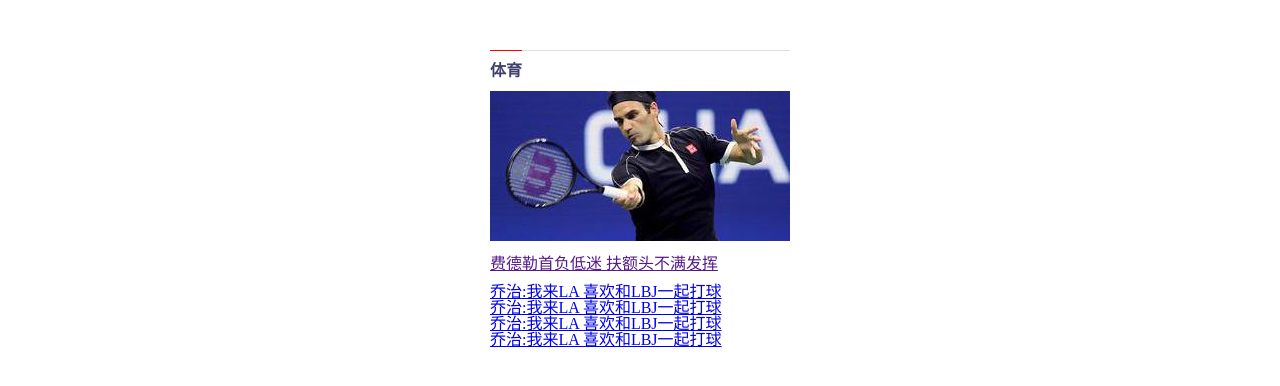
Repository: Romic77/css-test
Page: exercise/03_网易新闻的右侧列表.html
These files come from the project's save history. The page is drawn as it stood at one moment and after the next save; the edit follows.
The browser window is 1280 px wide. The pictures show the whole page.

Above is the page before, as saved 2022-09-03 15:49:46.

After the next save:
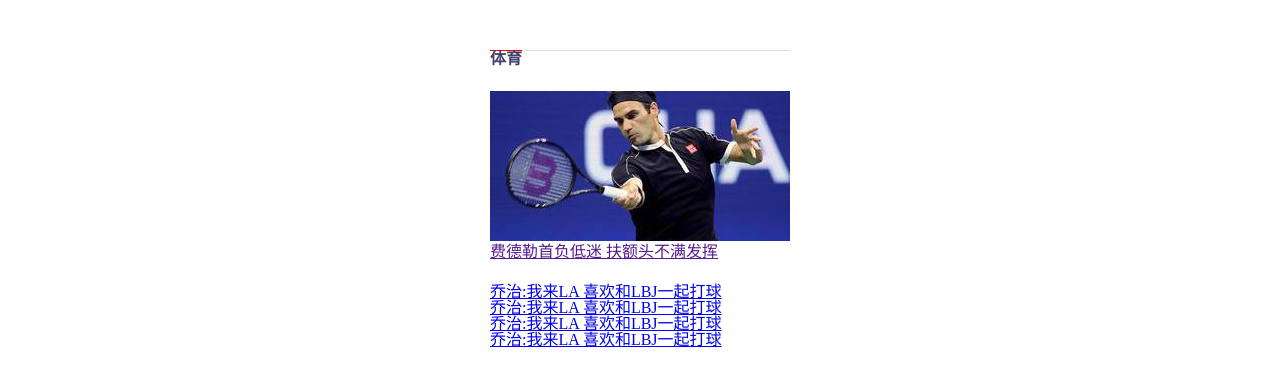
Saved 4 s later.
--- a/exercise/03_网易新闻的右侧列表.html
+++ b/exercise/03_网易新闻的右侧列表.html
@@ -19,7 +19,7 @@
 
         .news-wrapper h2 {
             height: 40px;
-            line-height: 40px;
+
         }
 
         .news-wrapper h2 a {

After the save that followed:
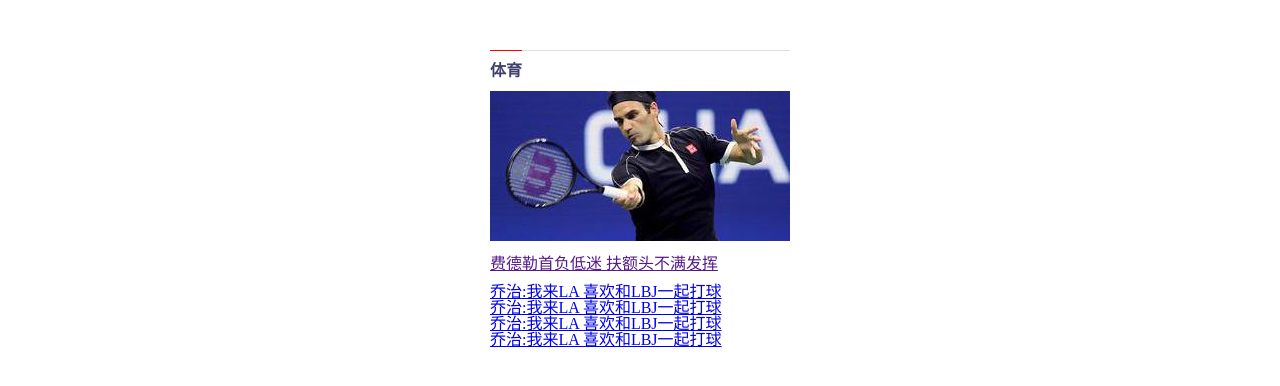
Saved 9 s later.
--- a/exercise/03_网易新闻的右侧列表.html
+++ b/exercise/03_网易新闻的右侧列表.html
@@ -19,7 +19,8 @@
 
         .news-wrapper h2 {
             height: 40px;
-
+            /* 文字居中 */
+            line-height: 40px;
         }
 
         .news-wrapper h2 a {
